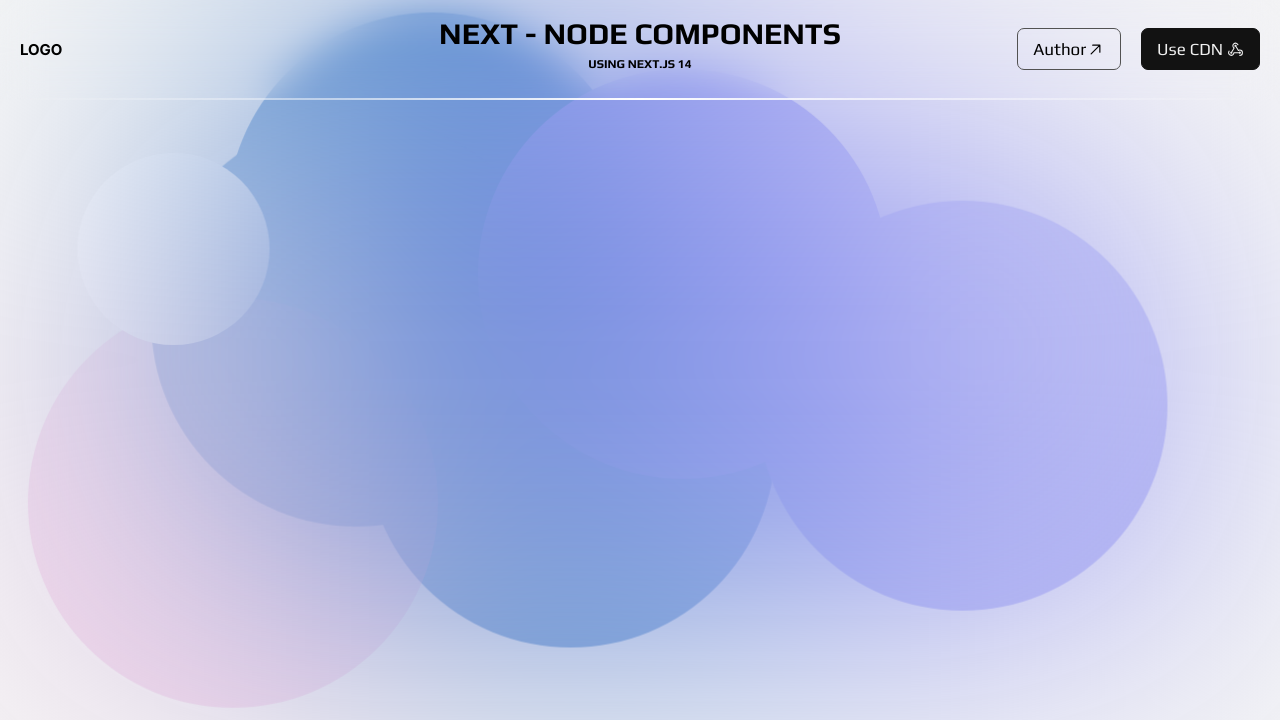
Repository: keval-gohil/komponents
Page: /
The author's editor kept a copy of each file at every save. The page is drawn from the files as they stood at one save, then again after the next save.
The browser window is 1280 px wide. The pictures show the whole page.
Some web fonts or font styles are not loaded; a fallback is used. The project was rebuilt for these pictures with package versions that can differ from the ones it lists, and the page was loaded fresh each time. The framework's server and built-in components were replaced by stand-ins that run in the browser. Also part of the build but not shown: next.config.mjs.

Above is the page before, as saved 2024-03-07 13:30:37.

After the next save:
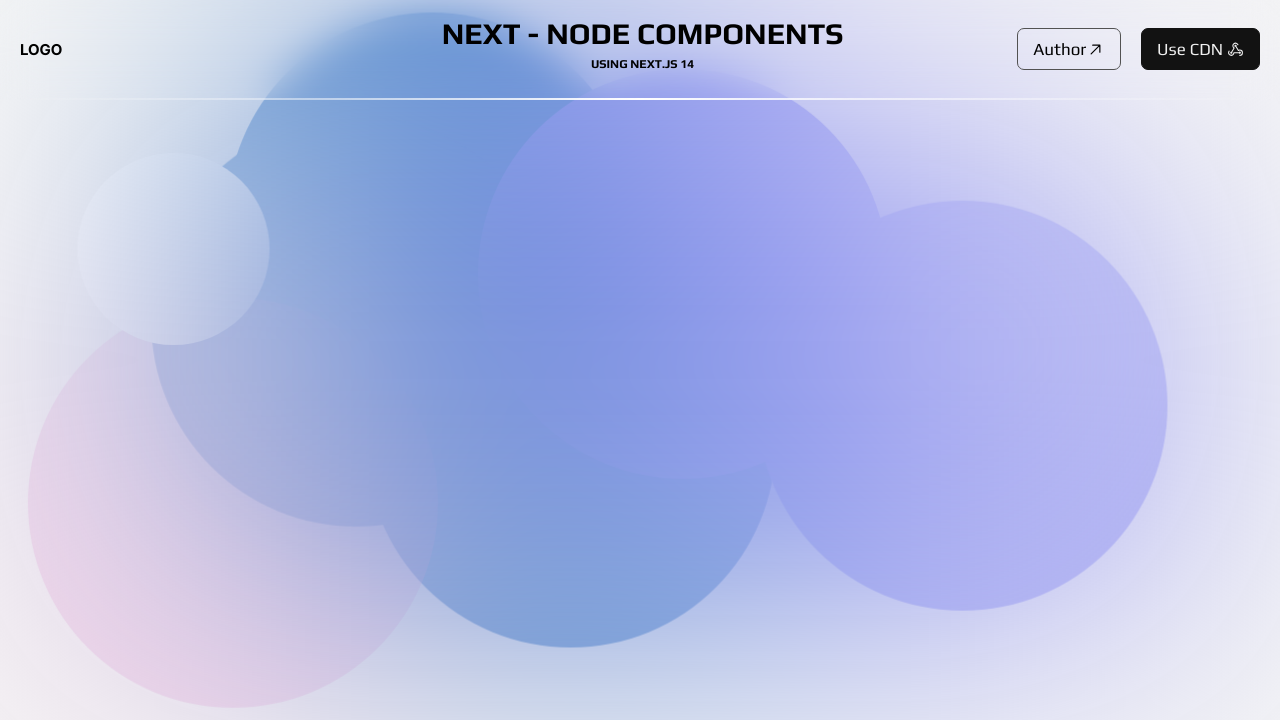
Saved 3 min 51 s later.
--- a/components/reuse/styles/style.css
+++ b/components/reuse/styles/style.css
@@ -14,7 +14,7 @@
     border-image-slice: 1;
     padding: 0 2rem;
 }
-nav h1, nav div{
+nav h1{
     width: 20%;
 }
 nav h2{

After the save that followed:
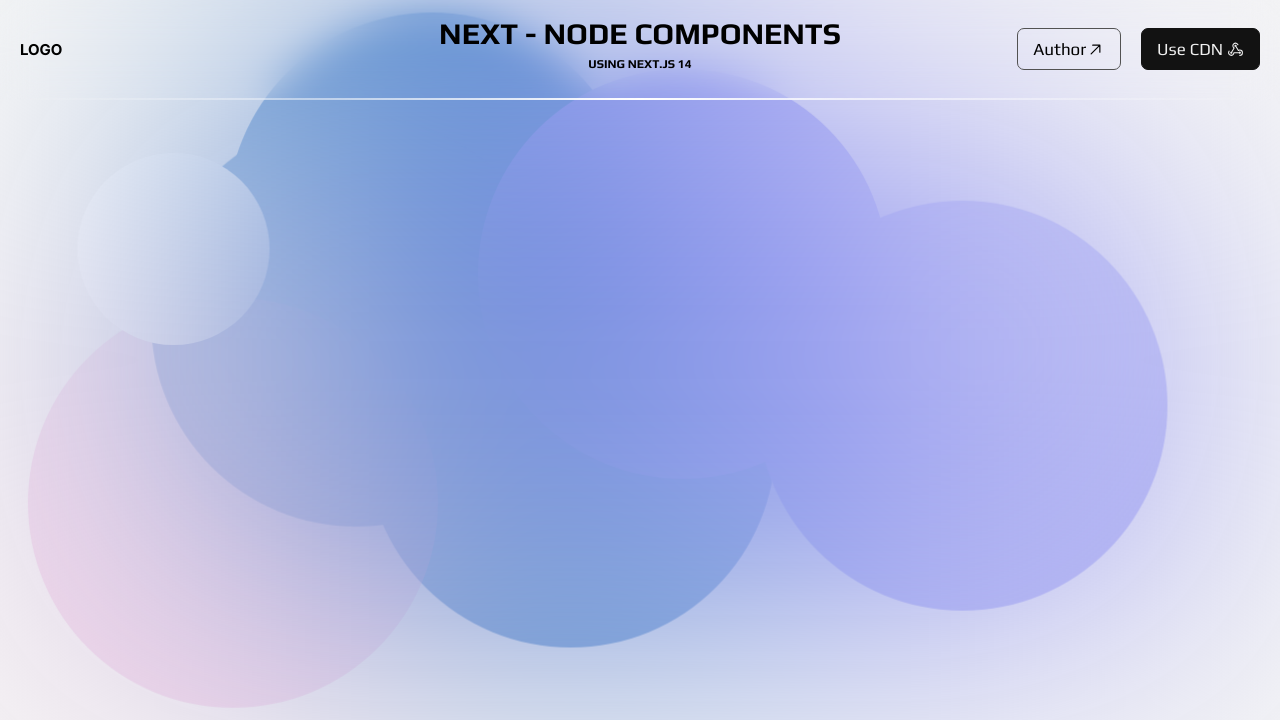
Saved 25 s later.
--- a/components/reuse/styles/style.css
+++ b/components/reuse/styles/style.css
@@ -34,6 +34,7 @@
 }
 
 nav div{
+    width: 20%;
     display: flex;
     justify-content: end;
     gap: 2rem;
